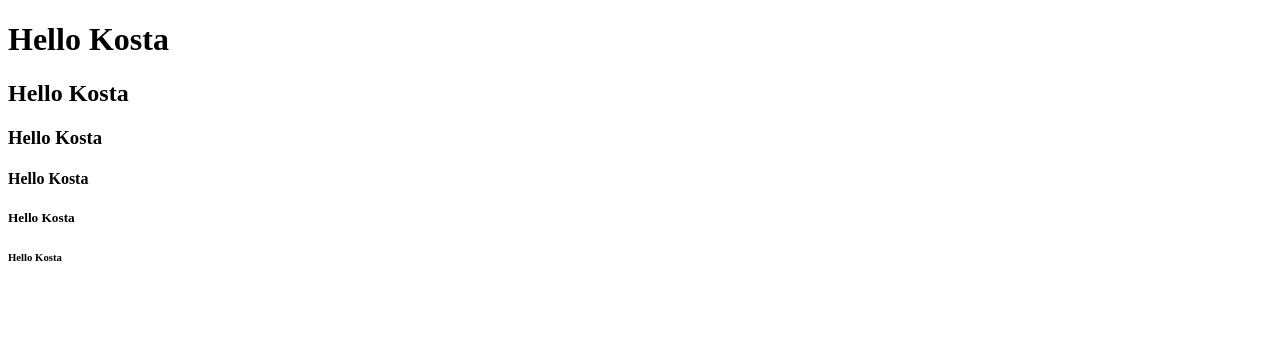
Repository: donggunjang/KOSTA_FE
Page: day0703/src/main/webapp/ex11_header.html
An editor plug-in stored every save of this project. The page is shown before and after the next save, followed by the edit.
The browser window is 1280 px wide. The pictures show the whole page.

Above is the page before, as saved 2024-07-03 03:43:32.

After the next save:
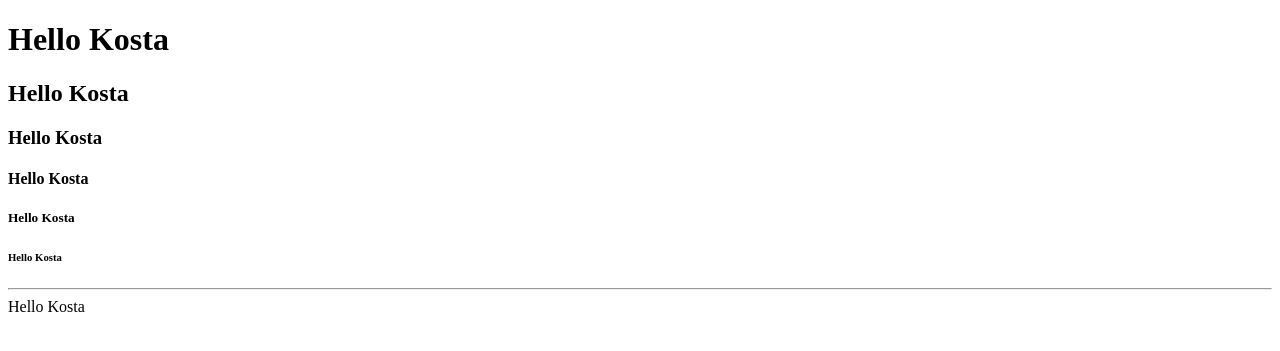
Saved 48 s later.
--- a/day0703/src/main/webapp/ex11_header.html
+++ b/day0703/src/main/webapp/ex11_header.html
@@ -11,5 +11,7 @@
 	<h4>Hello Kosta</h4>
 	<h5>Hello Kosta</h5>
 	<h6>Hello Kosta</h6>
+	<hr>
+	Hello Kosta
 </body>
 </html>
